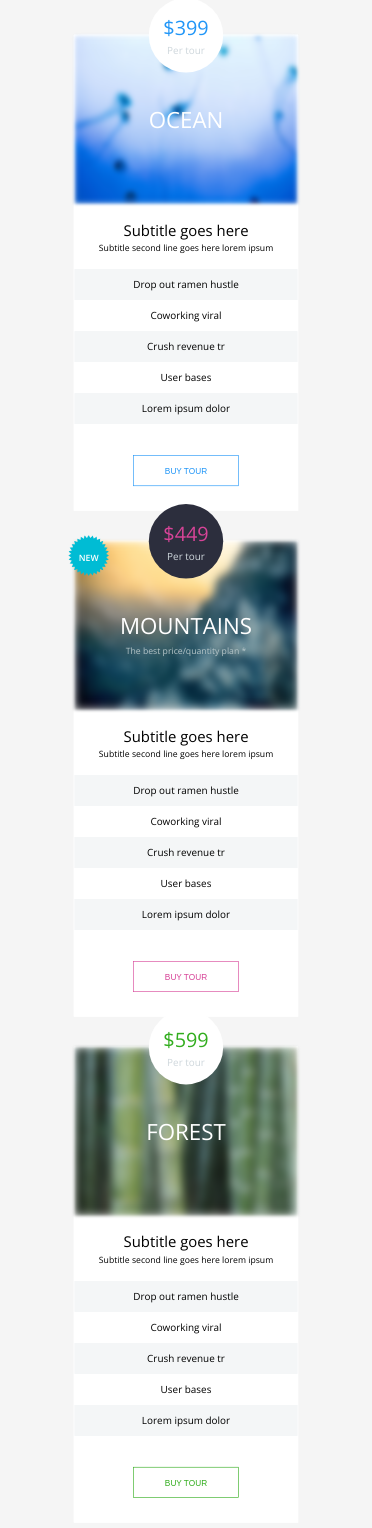
Repository: HoanTiny/pricetable
Page: index.html
An editor plug-in stored every save of this project. The page is shown before and after the next save, followed by the edit.
The browser window is 600 px wide. The pictures show the whole page, at 62% of full size.
Some web fonts or font styles are not loaded; a fallback is used.

Above is the page before, as saved 2022-07-04 11:58:20.

### index.html
<!DOCTYPE html>
<html lang="en">
    <head>
        <meta charset="UTF-8" />
        <meta http-equiv="X-UA-Compatible" content="IE=edge" />
        <meta name="viewport" content="width=device-width, initial-scale=1.0" />
        <title>PriceTable</title>
        <link rel="stylesheet" href="./assests/css/style.css" />
        <link rel="stylesheet" href="./assests/css/reponsive.css" />
        <link
            href="https://fonts.googleapis.com/css2?family=Gochi+Hand&family=IBM+Plex+Sans:wght@200;300;400;500;600;700&family=Open+Sans:wght@300;400;500;600&family=Orbitron:wght@400;500;600;700;800;900&family=Roboto:wght@100;300;400;500;700&display=swap"
            rel="stylesheet"
        />
    </head>
    <body>
        <div class="container">
            <div class="price-table">
                <div class="img">
                    <img src="./assests/img/ocean.png" alt="logo" />
                    <span>Ocean</span>
                </div>
                <div class="title">
                    <div class="title_header">
                        <p>Subtitle goes here</p>
                        <span>Subtitle second line goes here lorem ipsum</span>
                    </div>
                    <div class="title_list">
                        <ul>
                            <li>Drop out ramen hustle</li>
                            <li>Coworking viral</li>
                            <li>Crush revenue tr</li>
                            <li>User bases</li>
                            <li>Lorem ipsum dolor</li>
                        </ul>
                    </div>
                    <div class="title_btn">
                        <button type="">Buy Tour</button>
                    </div>
                    <div class="price">
                        <p>$399</p>
                        <span>Per tour</span>
                    </div>
                </div>
            </div>
            <div class="price-table">
                <div class="img">
                    <img src="./assests/img/mountain.png" alt="logo" />
                    <span>Mountains</span>
                    <p>The best price/quantity plan *</p>
                </div>
                <div class="title">
                    <div class="title_header">
                        <p>Subtitle goes here</p>
                        <span>Subtitle second line goes here lorem ipsum</span>
                    </div>
                    <div class="title_list">
                        <ul>
                            <li>Drop out ramen hustle</li>
                            <li>Coworking viral</li>
                            <li>Crush revenue tr</li>
                            <li>User bases</li>
                            <li>Lorem ipsum dolor</li>
                        </ul>
                    </div>
                    <div class="title_btn mountain">
                        <button type="">Buy Tour</button>
                    </div>
                    <div class="price mountain">
                        <p>$449</p>
                        <span>Per tour</span>
                    </div>
                    <div class="mark">
                        <img src="./assests/img/newmark.png" alt="logo" />
                        <span>New</span>
                    </div>
                </div>
            </div>
            <div class="price-table">
                <div class="img">
                    <img src="./assests/img/forest.png" alt="logo" />
                    <span>forest</span>
                </div>
                <div class="title">
                    <div class="title_header">
                        <p>Subtitle goes here</p>
                        <span>Subtitle second line goes here lorem ipsum</span>
                    </div>
                    <div class="title_list">
                        <ul>
                            <li>Drop out ramen hustle</li>
                            <li>Coworking viral</li>
                            <li>Crush revenue tr</li>
                            <li>User bases</li>
                            <li>Lorem ipsum dolor</li>
                        </ul>
                    </div>
                    <div class="title_btn forest">
                        <button type="">Buy Tour</button>
                    </div>
                    <div class="price forest">
                        <p>$599</p>
                        <span>Per tour</span>
                    </div>
                </div>
            </div>
        </div>
    </body>
</html>

### assests/css/style.css
body {
    background-color: #f5f5f5;
    font-family: "Open Sans", sans-serif;
    font-weight: 100;
    font-size: 14px;
    line-height: 1.5;
    min-height: 100vh;
    display: flex;
    justify-content: center;
    align-items: center;
}

* {
    box-sizing: border-box;
}

.container {
    display: flex;
}

.price-table {
    width: 362px;
    height: 768px;
    background-color: #fff;
    position: relative;
    margin: 0 24px;
    border: 1px solid #fff;
}

.img {
    position: relative;
    height: 272px;
    width: 100%;
}

.img span {
    position: absolute;
    top: 50%;
    left: 50%;
    transform: translate(-50%, -50%);
    font-size: 36px;
    text-transform: uppercase;
    color: #fff;
}

.img p {
    position: absolute;
    top: 60%;
    left: 50%;
    transform: translate(-50%, -50%);
    font-size: 14px;
    width: 100%;
    text-align: center;
    color: #b6c6c9;
}

/* .img .text {
    position: absolute;
    top: 50%;
    left: 50%;
    transform: translate(-50%, -50%);
    display: flex;
    flex-direction: column;
} */

.img img {
    /* opacity: 0.8; */
    filter: blur(3px);
    -webkit-filter: blur(3px);
}

img {
    width: 100%;
    height: 100%;
}

.title_header {
    text-align: center;
    margin: 24px 0;
}

.title_header p {
    font-size: 24px;
    margin: 0;
}

.title_header span {
    font-size: 14px;
}

.title_list ul {
    text-align: center;
    padding-left: 0;
    list-style: none;
}

.title_list ul li {
    font-size: 16px;
    height: 50px;
    line-height: 50px;
}

.title_list ul li:nth-child(odd) {
    background-color: #f4f6f7;
}

.title_btn {
    margin-top: 50px;
    text-align: center;
}

.title_btn button {
    width: 170px;
    height: 50px;
    border: 1px solid #2196f7;
    background-color: #fff;
    text-transform: uppercase;
    color: #2196f7;
    cursor: pointer;
}

.title_btn.forest button {
    border: 1px solid #32ad1e;
    color: #32ad1e;
}

.title_btn.mountain button {
    border: 1px solid #d74498;
    color: #d74498;
}

.title_btn button:hover {
    background-color: #6c136f;
    color: #fff;
}

.price {
    position: absolute;
    top: -60px;
    left: 120px;
    /* transform: translate(-50%, -50%); */
    width: 120px;
    height: 120px;
    border-radius: 50%;
    background-color: #fff;
    display: flex;
    justify-content: center;
    align-items: center;
    text-align: center;
    display: flex;
    flex-direction: column;
}

.price p {
    font-size: 32px;
    color: #2196f7;
    margin: 0;
}

.price span {
    font-size: 16px;
    color: #cfd7dc;
}

.price.mountain {
    background-color: #2c2e3d;
}

.price.mountain p {
    color: #d74498;
}

.price.forest p {
    color: #32ad1e;
}

.mark {
    position: absolute;
    top: -10px;
    left: -10px;
}

.mark img {
    position: relative;
}

.mark span {
    position: absolute;
    top: 50%;
    left: 50%;
    transform: translate(-50%, -50%);
    color: #fff;
    text-transform: uppercase;
    font-weight: bold;
}

### assests/css/reponsive.css
@media (min-width: 723px) and (max-width: 1023px) {
}

@media (max-width: 736px) {
    body {
        min-height: 100vh;
        display: flex;
    }
    .container {
        display: flex;
        flex-direction: column;
    }

    .price-table {
        margin-top: 48px;
    }
}

After the next save:
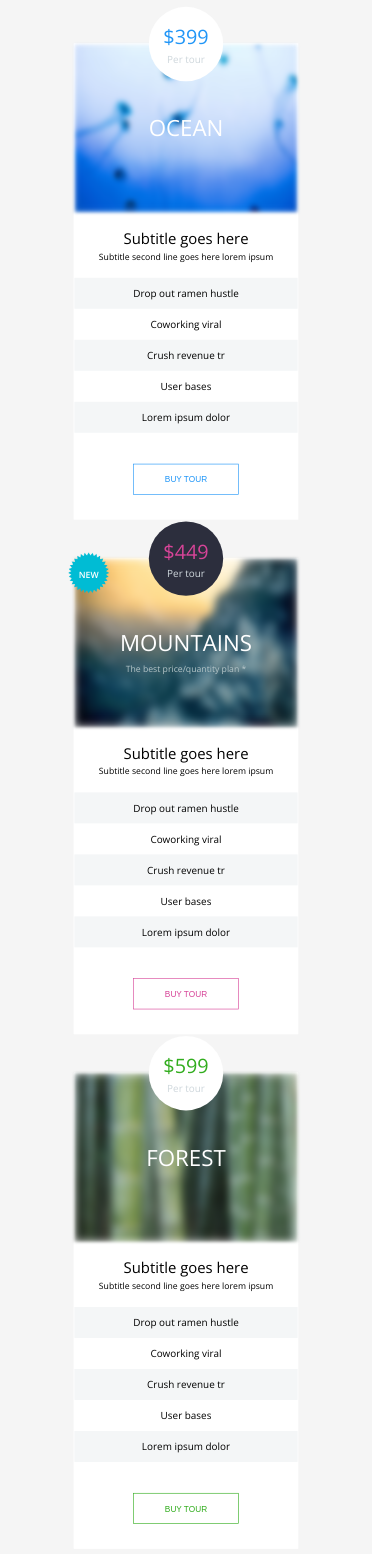
Saved 33 s later.
--- a/assests/css/reponsive.css
+++ b/assests/css/reponsive.css
@@ -12,6 +12,6 @@
     }
 
     .price-table {
-        margin-top: 48px;
+        margin-top: 62px;
     }
 }
